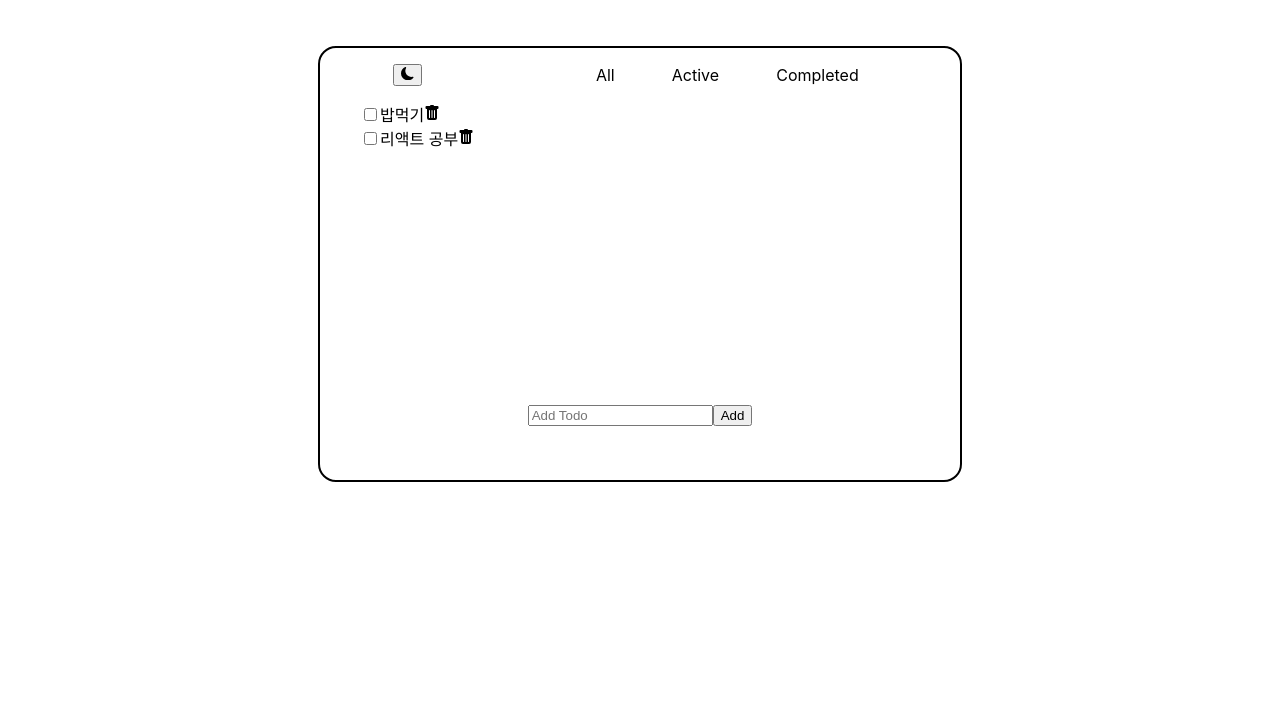
Repository: DongjaJ/React-Todo
Page: / (app in react-todo/)
The author's editor kept a copy of each file at every save. The page is drawn from the files as they stood at one save, then again after the next save.
The browser window is 1280 px wide. The pictures show the whole page.
The project was rebuilt for these pictures with package versions that can differ from the ones it lists, and the page was loaded fresh each time.

Above is the page before, as saved 2023-05-15 14:10:19.

After the next save:
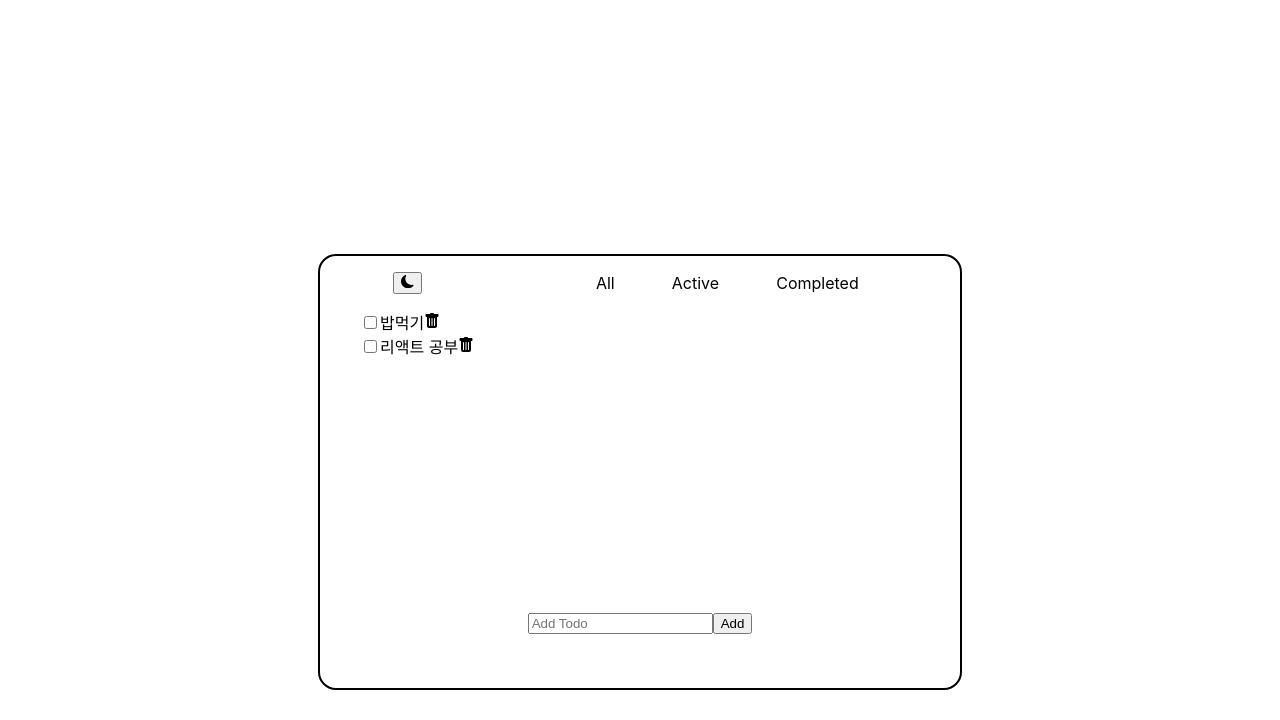
Saved 44 s later.
--- a/react-todo/src/App.css
+++ b/react-todo/src/App.css
@@ -3,7 +3,7 @@ body {
 	flex-direction: column;
 	justify-content: center;
 	align-items: center;
-	padding: 3rem;
+	padding-top: 20%;
 }
 
 .App {
